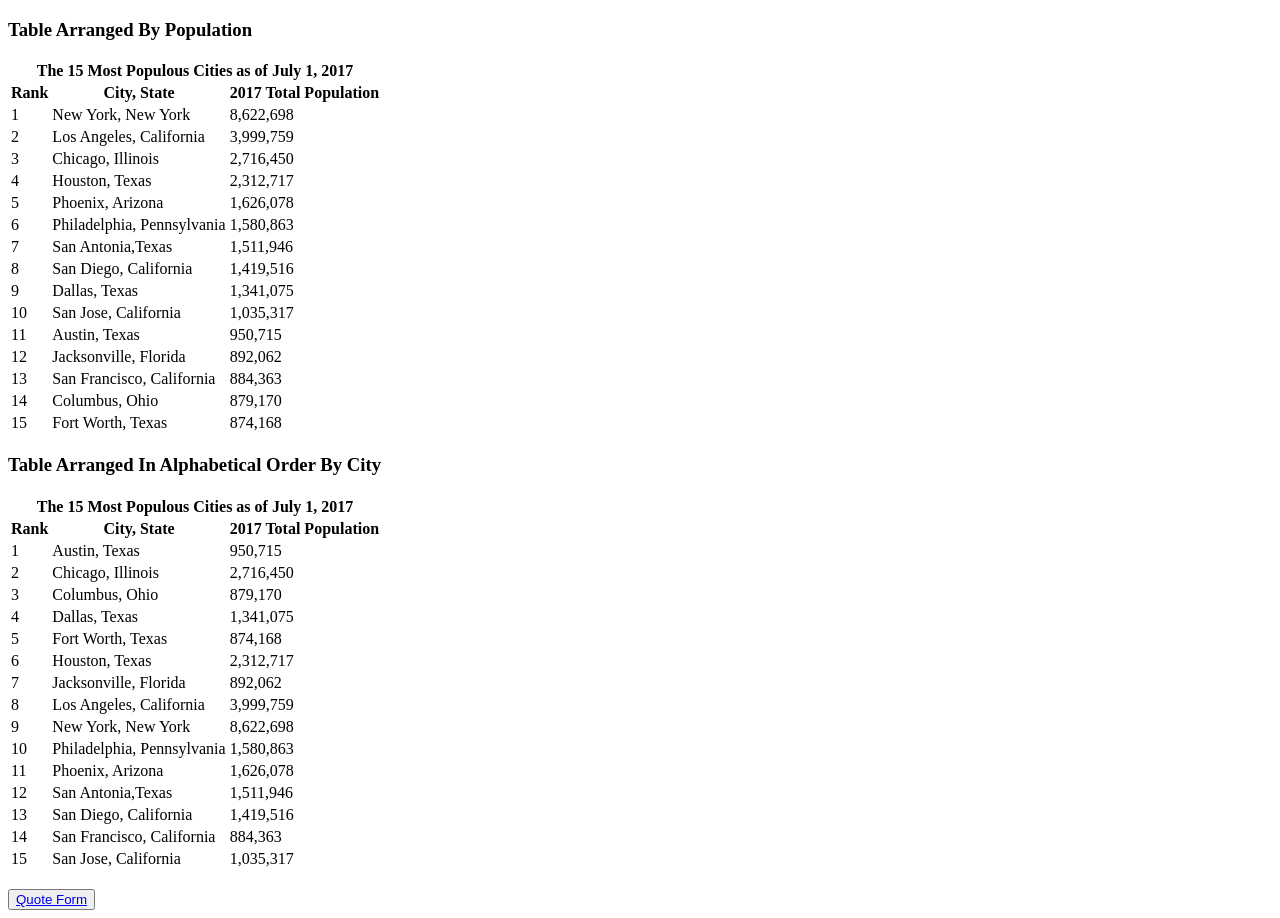
Repository: lilliebee/COSW30
Page: http://localhost/homework/homework3/population.php
The author's editor kept a record of every edit. The page is drawn from the files as they stood at one moment, then again after the next edit.
The browser window is 1280 px wide. The pictures show the whole page.
The page is run by PHP 8.4 with error messages shown; the project is at /var/www/html/.

Above is the page before.

### homework/homework3/population.php
<!doctype html>
<html>
    <head>
        <meta charset="utf-8">
        <title>The 15 Most Populous Cities as of July 1, 2017</title>

    </head>

    <body>




        <h3 class="tableHeadings">Table Arranged By Population</h3>

        <table class="popTable">
        <thead class="underlineText">
            <tr>
                <th colspan="3">
                    The 15 Most Populous Cities as of July 1, 2017
                </th>

            </tr>
        </thead>

        <tr>
            <th>Rank</th>
            <th>City, State</th>
            <th>2017 Total Population</th>
        </tr>

        <tbody>



    <?php

        //***********CREATE ARRAY***************
        $cityStatePop = ["New York, New York" => "8,622,698",
        "Los Angeles, California" => "3,999,759",
        "Chicago, Illinois" => "2,716,450", "Houston, Texas" => "2,312,717",
        "Phoenix, Arizona" => "1,626,078", "Philadelphia, Pennsylvania" => "1,580,863",
        "San Antonia,Texas" => "1,511,946", "San Diego, California"=>"1,419,516",
        "Dallas, Texas" => "1,341,075", "San Jose, California" => "1,035,317",
        "Austin, Texas" => "950,715", "Jacksonville, Florida" => "892,062",
        "San Francisco, California" => "884,363", "Columbus, Ohio" => "879,170",
        "Fort Worth, Texas" => "874,168"];


        //***********CREATE TABLES***************
        //first table in order by population


        $i = 1;
        foreach($cityStatePop as $cityState => $pop) {
            echo "<tr><td>" . $i++ . "</td><td>$cityState</td><td>$pop</td></tr>\n";
        }



        //****END TABLE 1******

    ?>


          </tbody>
        </table>



     <!--second table in alphabetical order by city name-->
        <h3 class="tableHeadings">Table Arranged In Alphabetical Order By City</h3>
        <table class="popTable">
            <thead class="underlineText">
                <tr>
                    <th colspan="3">
                        The 15 Most Populous Cities as of July 1, 2017
                    </th>

                </tr>
            </thead>

            <tr>
                <th>Rank</th>
                <th>City, State</th>
                <th>2017 Total Population</th>
            </tr>

            <tbody>


    <?php

        //****START TABLE 2******
        //second table in alphabetical order by city name


        //sort array alphabetically - based on keys or city name
        ksort($cityStatePop);

        $j = 1;
        foreach($cityStatePop as $cityState => $pop) {
            echo "<tr><td>" . $j++ . "</td><td>$cityState</td><td>$pop</td></tr>\n";
        }


    ?>

            </tbody>
        </table>


        <br>

        <button><a href="quote.html">Quote Form</a></button>

    </div>
    </body>

</html>

After the next edit:
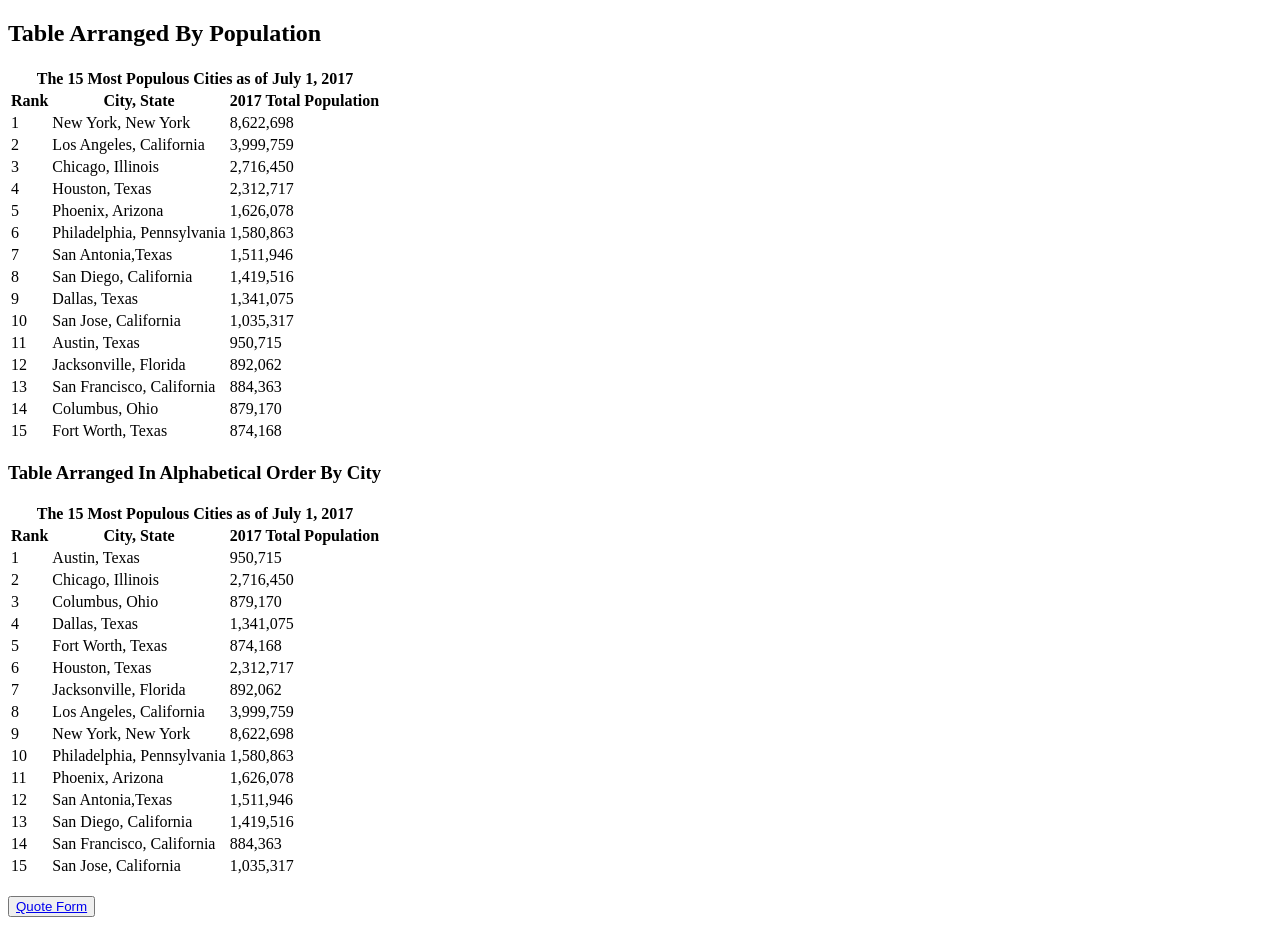
The edit:
--- a/homework/homework3/population.php
+++ b/homework/homework3/population.php
@@ -8,13 +8,10 @@
 
     <body>
 
+        <h2>Table Arranged By Population</h2>
 
-
-
-        <h3 class="tableHeadings">Table Arranged By Population</h3>
-
-        <table class="popTable">
-        <thead class="underlineText">
+        <table>
+        <thead>
             <tr>
                 <th colspan="3">
                     The 15 Most Populous Cities as of July 1, 2017
